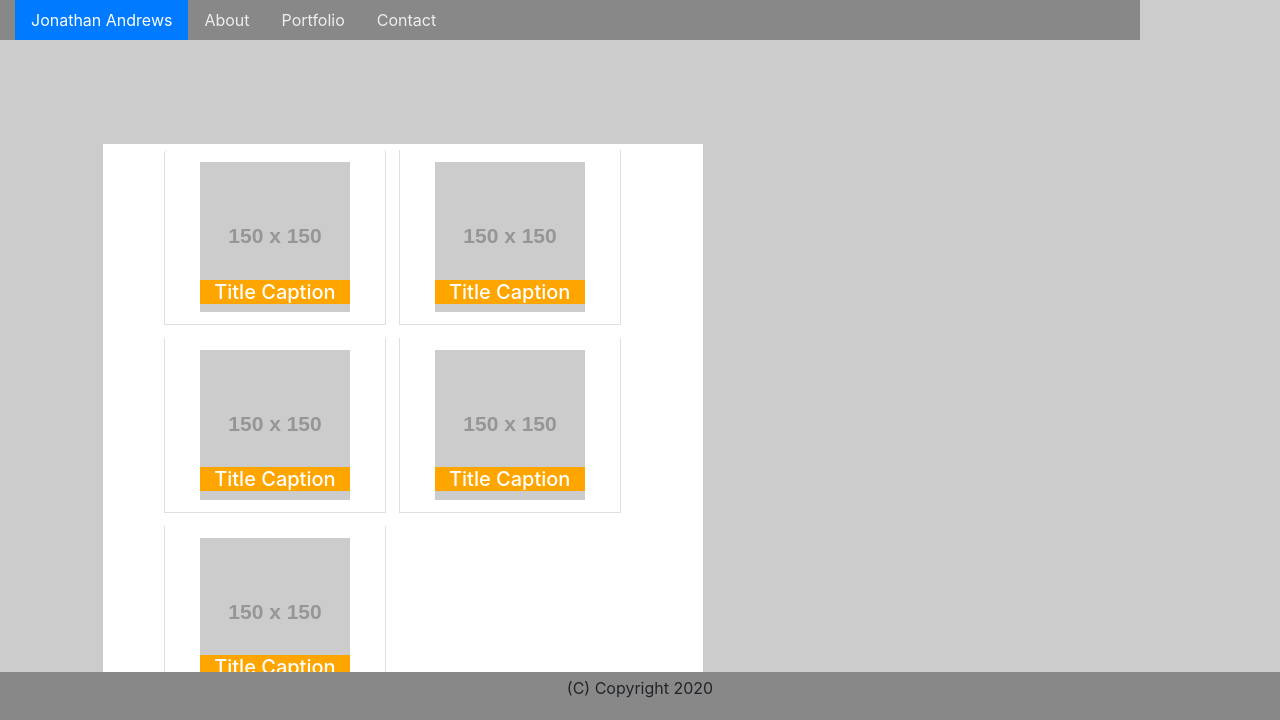
Repository: ionathas78/ionathas78.github.io
Page: portfolio.html
An editor plug-in stored every save of this project. The page is shown before and after the next save, followed by the edit.
The browser window is 1280 px wide. The pictures show the whole page.

Above is the page before, as saved 2020-03-17 18:26:39.

After the next save:
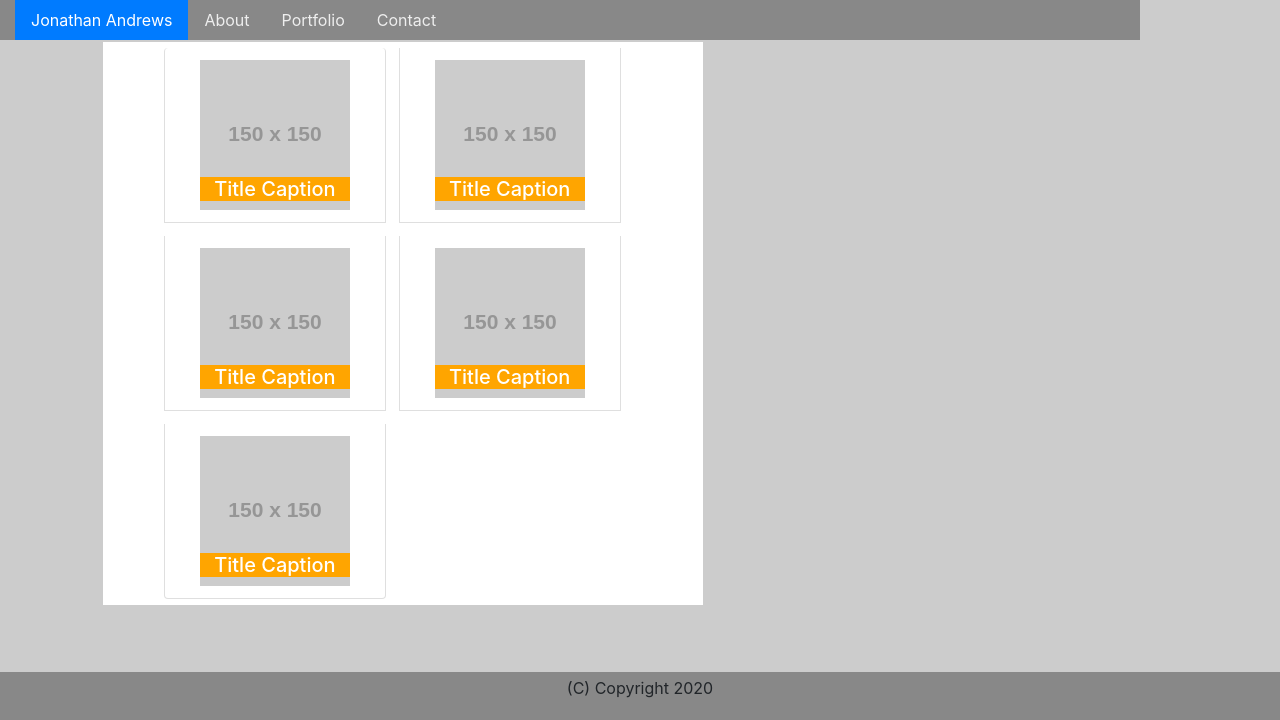
Saved 7 s later.
--- a/portfolio.html
+++ b/portfolio.html
@@ -29,7 +29,7 @@
     </header>
 
     <div class="container">
-        <div class="row" style="clear:both; position: relative; top: 10vw;">
+        <div class="row" style="clear:both; position: relative; top: 2vw;">
             <div class="col-md-7">
                 <div class="container clearfix" style="max-width: 600px; background-color: white;">
                     <!-- <ul class="list-group list-group-horizontal float-left"> -->
